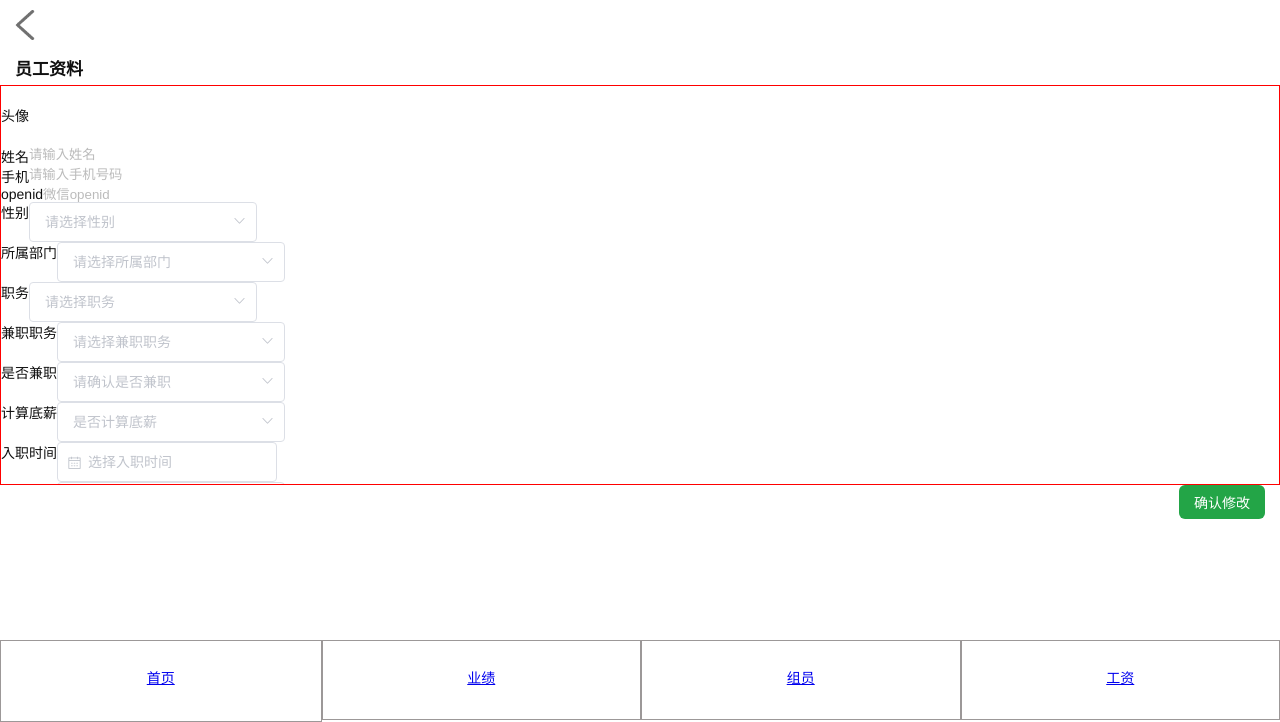
Repository: panlin520-team/lnmj-staffH5
Page: /#/homepage
An editor plug-in stored every save of this project. The page is shown before and after a run of saves, followed by the edit.
The browser window is 1280 px wide. The pictures show the whole page.
The project was rebuilt for these pictures with package versions that can differ from the ones it lists, and the page was loaded fresh each time. Also part of the build but not shown: src/views/Lojin.vue.

Above is the page before, as saved 2020-04-08 15:20:43.

After the next 6 saves:
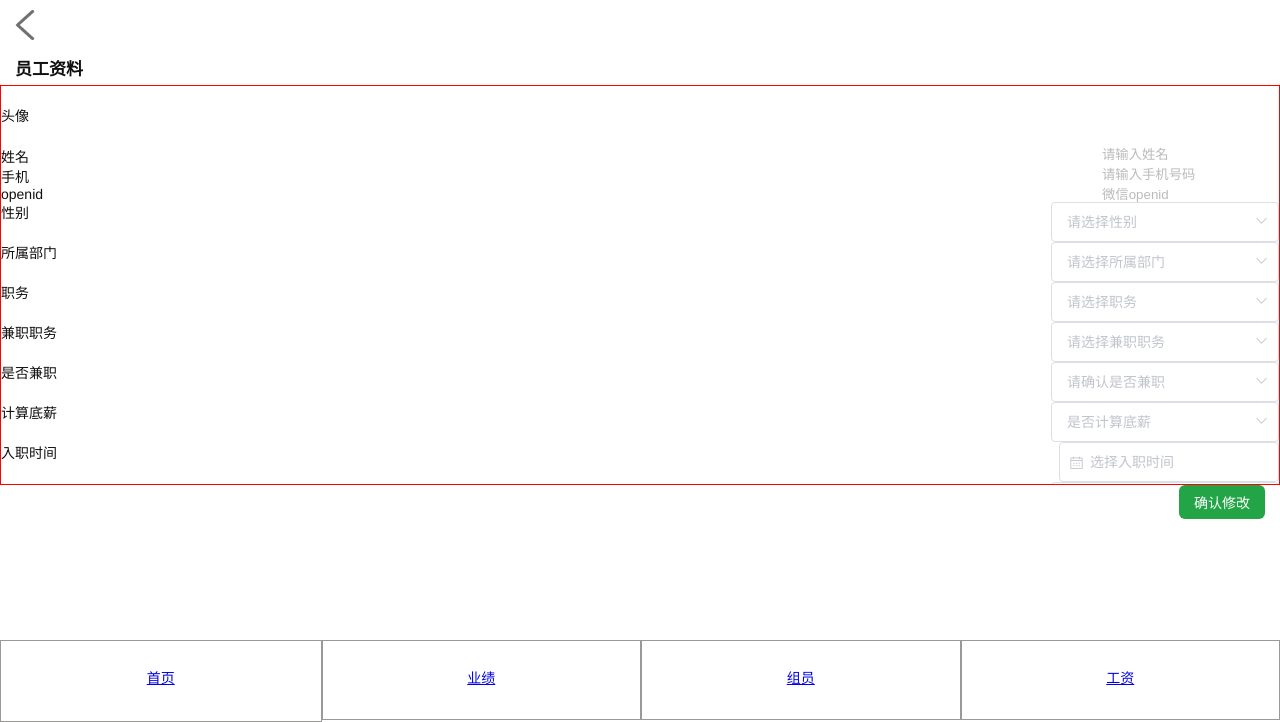
The 6 saves are shown as one change because they came seconds apart.
The last was saved 17 s later.
--- a/src/views/Homepage.vue
+++ b/src/views/Homepage.vue
@@ -329,7 +329,7 @@ export default {
         overflow: auto;
         .item{
             display: flex;
-            display: ;
+            justify-content: space-between;
         }
     }
 
